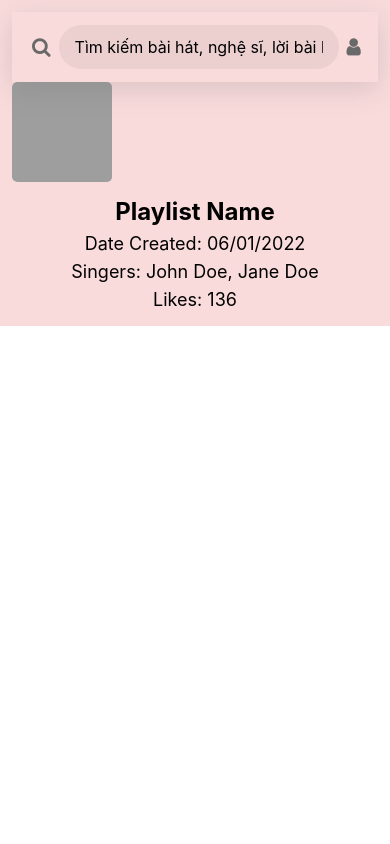
Repository: kauittt/Mobile
Screen: /
The author's editor kept a copy of each file at every save. The screen is drawn from the files as they stood at one save, then again after the next save.
Pictures or frames that could not be fetched are drawn as grey boxes. The app was drawn by React Native's web renderer in a window 390 px wide. The project was rebuilt for these pictures with package versions that can differ from the ones it lists, and the page was loaded fresh each time.

Above is the screen before, as saved 2023-05-02 21:12:50.

### App.tsx
import {Text, View} from 'react-native';
import React from 'react';
import Icon from 'react-native-vector-icons/FontAwesome';
import Playlist from './components/Playlist/Playlist';

const App = () => {
  return (
    <View>
      <Playlist></Playlist>
    </View>
  );
};

export default App;

### components/Playlist/Playlist.jsx
import React from 'react';
import {View, Text, Image, ScrollView} from 'react-native';
import Icon from 'react-native-vector-icons/FontAwesome';

import styles from './style';
import Header from '../Header/Header';

const Playlist = () => {
  return (
    <ScrollView style={styles.listSong}>
      <Header />
      <View style={styles.listSongInfor}>
        <View style={styles.listSongInforImg}>
          <Image
            source={{
              uri: 'https://photo-resize-zmp3.zmdcdn.me/w320_r1x1_jpeg/cover/0/9/5/4/09542fd83e019d4734587f836bc9bbc0.jpg',
            }}
            style={styles.listSongInforImgImg}
          />
        </View>
        <Text style={styles.listSongInfor__heading}>Playlist Name</Text>
        <Text style={styles.listSongInfor__date}>Date Created: 06/01/2022</Text>
        <Text style={styles.listSongInfor__singers}>
          Singers: John Doe, Jane Doe
        </Text>
        <Text style={styles.listSongInfor__liked}>Likes: 136</Text>
      </View>
    </ScrollView>
  );
};

export default Playlist;

### components/Playlist/style.jsx
import {StyleSheet} from 'react-native';

const styles = StyleSheet.create({
  listSong: {
    position: 'relative',
    display: 'flex',
    flexDirection: 'column',
    width: '100%',
    minHeight: '100%',
    padding: 12,
    backgroundColor: '#f9dbdb',
    // overflow: 'hidden',
  },
  listSongInfor: {
    // position: 'fixed',
    // width: 300,
    // height: 100,
    // textAlign: 'center',
    // color: 'gray',
    // fontSize: 20,
    // lineHeight: 28,
    alignItems: 'center',
    justifyContent: 'center',
  },
  listSongInforImg: {
    position: 'relative',
    width: '100%',
    marginBottom: 12,
    borderRadius: 5,
    overflow: 'hidden',
  },
  listSongInforImgImg: {
    width: 100,
    height: 100,
    borderRadius: 5,
  },
  listSongInfor__heading: {
    fontSize: 24,
    fontWeight: 'bold',
    lineHeight: 36,
    color: 'black',
  },
  listSongInfor__date: {
    fontSize: 18,
    fontWeight: '400',
    lineHeight: 28,
  },
  listSongInfor__singers: {
    fontSize: 18,
    fontWeight: '400',
    lineHeight: 28,
  },
  listSongInfor__liked: {
    fontSize: 18,
    fontWeight: '400',
    lineHeight: 28,
  },
  listSongInfor__btn: {
    display: 'flex',
    alignItems: 'center',
    justifyContent: 'center',
    width: 175,
    margin: 16,
    padding: 10,
    fontSize: 20,
    backgroundColor: 'purple',
    color: 'white',
    borderRadius: 50,
    cursor: 'pointer',
    transition: 'all 0.15s ease',
  },
  listSongInfor__btnText: {
    display: 'flex',
    alignItems: 'center',
    justifyContent: 'center',
    fontSize: 20,
    fontWeight: 'bold',
    color: 'white',
  },
  listSongContent: {
    marginLeft: 330,
    flexGrow: 1,
  },
  listSongContent__desc: {
    fontSize: 18,
    fontWeight: '400',
    lineHeight: 28,
    color: 'gray',
  },
  listSongContentList: {
    display: 'flex',
    flexDirection: 'column',
    marginTop: 14,
  },
  listSongContentListHeading: {
    position: 'relative',
    display: 'flex',
    alignItems: 'center',
    marginBottom: 14,
    padding: 10,
  },
  listSongContentListHeading__title: {
    width: '33%',
    padding: 10,
    fontSize: 18,
    fontWeight: 'bold',
    lineHeight: 28,
  },
  generalItem: {
    position: 'relative',
    display: 'flex',
    alignItems: 'center',
    padding: 10,
    borderRadius: 5,
  },
  generalItemInfor: {
    display: 'flex',
    alignItems: 'center',
    marginRight: 10,
    width: '33%',
  },
  generalItemInforImg: {
    position: 'relative',
    borderRadius: 5,
    overflow: 'hidden',
  },
  generalItemInforImgImg: {
    width: 40,
    height: 40,
    borderRadius: 5,
  },
  generalItemInforSong: {
    display: 'flex',
    flexDirection: 'column',
  },
  generalItemInforSong__name: {
    fontSize: 18,
    fontWeight: 'bold',
    lineHeight: 28,
    color: 'black',
  },
  generalItemInforSong__singer: {
    lineHeight: 28,
  },
  generalItem__album: {
    width: '33%',
    padding: 10,
    fontSize: 18,
    fontWeight: '400',
    lineHeight: 28,
  },
  generalItem__time: {
    flexGrow: 1,
    textAlign: 'center',
    fontSize: 18,
    fontWeight: '400',
    lineHeight: 28,
  },
});
export default styles;

### components/Header/Header.jsx
import React, {useState} from 'react';
import {
  View,
  Text,
  StyleSheet,
  TouchableOpacity,
  Alert,
  TextInput,
} from 'react-native';
import Icon from 'react-native-vector-icons/FontAwesome';

import styles from './style';

const Header = () => {
  const [isMenuVisible, setIsMenuVisible] = useState(false);
  const [isSearchVisible, setIsSearchVisible] = useState(false);
  const [searchText, setSearchText] = useState('');

  return (
    <View style={styles.header}>
      <Icon name="search" style={styles.icon} />

      <TextInput
        style={styles.input}
        placeholder="Tìm kiếm bài hát, nghệ sĩ, lời bài hát, ..."
        onChangeText={text => setSearchText(text)}
        value={searchText}
      />

      <TouchableOpacity onPress={() => setIsMenuVisible(!isMenuVisible)}>
        <Icon name="user" style={styles.icon} />
      </TouchableOpacity>

      {isMenuVisible && (
        <View style={styles.popup}>
          <TouchableOpacity style={styles.popupItem}>
            <Icon name="info" style={styles.popupIcon} />
            <Text style={styles.popupText}>Thông tin</Text>
          </TouchableOpacity>
          <TouchableOpacity style={styles.popupItem}>
            <Icon name="upload" style={styles.popupIcon} />
            <Text style={styles.popupText}>Nâng cấp VIP</Text>
          </TouchableOpacity>
          <TouchableOpacity style={[styles.popupItem, styles.logout]}>
            <Icon name="sign-out" style={styles.popupIcon} />
            <Text style={styles.popupText}>Đăng xuất</Text>
          </TouchableOpacity>
        </View>
      )}
    </View>
  );
};

export default Header;

### components/Header/style.jsx
import {StyleSheet} from 'react-native';

const styles = StyleSheet.create({
  header: {
    zIndex: 2,
    flexDirection: 'row',
    justifyContent: 'space-between',
    alignItems: 'center',
    width: '100%',
    height: 70,
    paddingHorizontal: 20,
    backgroundColor: '#f9dbdb',
    elevation: 5,
    shadowColor: '#64646f',
    shadowOffset: {
      width: 0,
      height: 7,
    },
    shadowOpacity: 0.2,
    shadowRadius: 29,
  },
  icon: {
    fontSize: 20,
    color: '#696969',
  },
  input: {
    // flex: 1,
    borderRadius: 999,
    fontFamily: 'Inter',
    fontSize: 16,
    height: 44,
    paddingHorizontal: 16,
    marginHorizontal: 8,
    backgroundColor: '#ecd0d0',
  },
  popup: {
    position: 'absolute',
    right: 0,
    top: 70,
    width: 240,
    padding: 10,
    borderRadius: 8,
    backgroundColor: '#fbe6e6',
    color: '#696969',
    shadowColor: '#000',
    shadowOffset: {
      width: 0,
      height: 10,
    },
    shadowOpacity: 0.16,
    shadowRadius: 36,
    elevation: 5,
  },
  popupItem: {
    flexDirection: 'row',
    alignItems: 'center',
    padding: 12,
    backgroundColor: 'transparent',
  },
  popupIcon: {
    fontSize: 20,
    minWidth: 20,
    marginHorizontal: 10,
    color: '#696969',
  },
  popupText: {
    fontSize: 14,
    color: '#32323d',
  },
  logout: {
    borderTopWidth: 1,
    borderTopColor: 'rgba(0, 0, 0, 0.1)',
  },
});
export default styles;

After the next save:
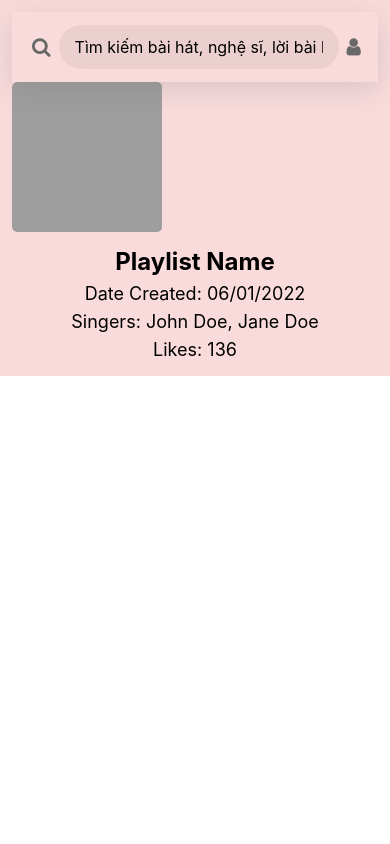
Saved 6 s later.
--- a/components/Playlist/style.jsx
+++ b/components/Playlist/style.jsx
@@ -30,8 +30,8 @@ const styles = StyleSheet.create({
     overflow: 'hidden',
   },
   listSongInforImgImg: {
-    width: 100,
-    height: 100,
+    width: 150,
+    height: 150,
     borderRadius: 5,
   },
   listSongInfor__heading: {
